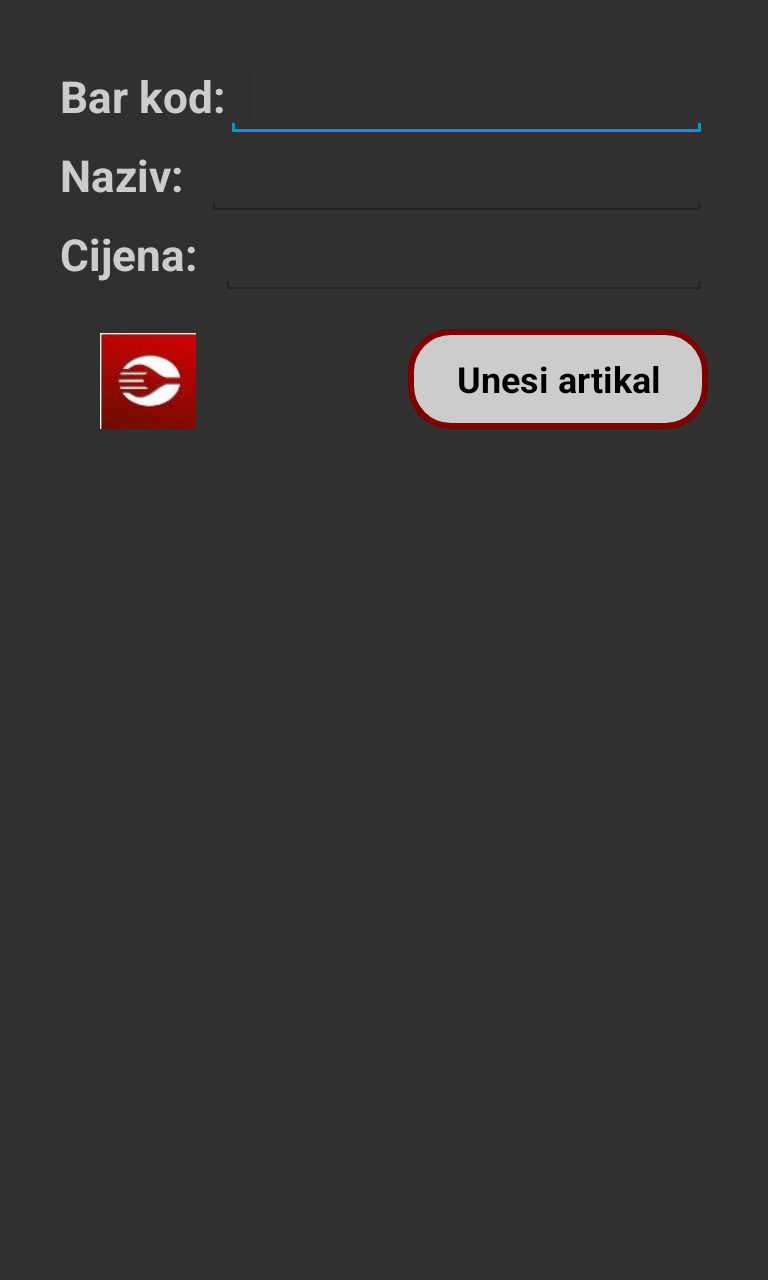
Repository: dzenisahusic/AndroidApp
Layout: Edit2014Sales/res/layout/fragment_unosartikla.xml
These files come from the project's save history. The layout is drawn as it stood at one moment and after the next save; the edit follows.
It is drawn on a 768 x 1280 px phone screen (xhdpi) without system bars, with theme AppTheme; the app's code is not run.

Above is the layout before, as saved 2014-07-15 19:51:16.

### Edit2014Sales/res/layout/fragment_unosartikla.xml
<RelativeLayout xmlns:android="http://schemas.android.com/apk/res/android"
    xmlns:tools="http://schemas.android.com/tools"
    android:layout_width="match_parent"
    android:layout_height="match_parent"
    tools:context="${relativePackage}.${activityClass}"
    android:background="#303030"

    >

    <LinearLayout
        android:id="@+id/linearLayout2"
        android:layout_width="fill_parent"
        android:layout_height="wrap_content"
        android:layout_alignParentLeft="true"
        android:layout_alignParentTop="true"
        android:orientation="horizontal"
        android:layout_marginTop="30dip"
        android:layout_marginRight="30dip"
        android:layout_marginLeft="30dip"

        >

        <TextView
            android:id="@+id/textView1"
            android:layout_width="wrap_content"
            android:layout_height="wrap_content"
            android:text="Bar kod:"
            android:textAppearance="?android:attr/textAppearanceLarge"
            android:textColor="#CCCCCC"
            android:textStyle="bold" />

        <EditText
            android:id="@+id/tBarkod"
            android:layout_width="wrap_content"
            android:layout_height="wrap_content"
            android:layout_weight="1"
            android:textColor="#CCCCCC"
            android:ems="10" >

            <requestFocus />
        </EditText>
    </LinearLayout>

    <LinearLayout
        android:id="@+id/linearLayout1"
        android:layout_width="fill_parent"
        android:layout_height="wrap_content"
        android:layout_alignParentLeft="true"
        android:layout_below="@+id/linearLayout2"
        android:layout_marginLeft="30dip"
        android:layout_marginRight="30dip"
        android:orientation="horizontal"  >

        <TextView
            android:id="@+id/textView3"
            android:layout_width="wrap_content"
            android:layout_height="wrap_content"
            android:text="Naziv:  "
            android:textAppearance="?android:attr/textAppearanceLarge"
            android:textColor="#CCCCCC"
            android:textStyle="bold" />

        <EditText
            android:id="@+id/tCijena"
            android:layout_width="wrap_content"
            android:layout_height="wrap_content"
            android:layout_weight="1"
            android:ems="10"
            android:textColor="#CCCCCC" />
    </LinearLayout>

    <LinearLayout
        android:id="@+id/linearLayout3"
        android:layout_width="fill_parent"
        android:layout_height="wrap_content"
        android:layout_alignParentLeft="true"
        android:layout_below="@+id/linearLayout1"
        android:orientation="horizontal"
        android:layout_marginRight="30dip"
        android:layout_marginLeft="30dip" >

        <TextView
            android:id="@+id/textView2"
            android:layout_width="wrap_content"
            android:layout_height="wrap_content"
            android:text="Cijena:  "
            android:textAppearance="?android:attr/textAppearanceLarge"
            android:textColor="#CCCCCC"
            android:textStyle="bold" />

        <EditText
            android:id="@+id/tNaziv"
            android:layout_width="fill_parent"
            android:layout_height="wrap_content"
            android:layout_weight="1"
            android:ems="10"
            android:textColor="#CCCCCC" />
    </LinearLayout>

    <Button
        android:id="@+id/bDodaj"
        android:layout_width="150dp"
        android:layout_height="50dp"
        android:layout_alignRight="@+id/linearLayout3"
        android:layout_below="@+id/linearLayout3"
        android:layout_marginTop="16dp"
        android:background="@drawable/rounded_corner_top"
        android:text="Unesi artikal"
        android:textStyle="bold" />

    <ImageView
        android:id="@+id/imageView1"
        android:layout_width="wrap_content"
        android:layout_height="wrap_content"
        android:layout_alignBottom="@+id/bDodaj"
        android:layout_alignLeft="@+id/linearLayout3"
        android:layout_marginLeft="20dp"
        android:src="@drawable/logo" />

</RelativeLayout>

### Edit2014Sales/res/values/styles.xml
<resources>

    <!--
        Base application theme, dependent on API level. This theme is replaced
        by AppBaseTheme from res/values-vXX/styles.xml on newer devices.
    -->
    <style name="AppBaseTheme" parent="android:Theme.Light">
        <!--
            Theme customizations available in newer API levels can go in
            res/values-vXX/styles.xml, while customizations related to
            backward-compatibility can go here.
        -->
    </style>

    <!-- Application theme. -->
    <style name="AppTheme" parent="AppBaseTheme">
        <!-- All customizations that are NOT specific to a particular API-level can go here. -->
    </style>
 <style name="Animations" />

    <style name="Animations.PopDownMenu" />

    <style name="Animations.PopDownMenu.Left">
        <item name="@android:windowEnterAnimation">@anim/grow_from_topleft_to_bottomright</item>
        <item name="@android:windowExitAnimation">@anim/shrink_from_bottomright_to_topleft</item>
    </style>


    <style name="Animations.PopUpMenu" />

    <style name="Animations.PopUpMenu.Left">
        <item name="@android:windowEnterAnimation">@anim/grow_from_bottomleft_to_topright</item>
        <item name="@android:windowExitAnimation">@anim/shrink_from_topright_to_bottomleft</item>
    </style>
</resources>

### Edit2014Sales/res/drawable-hdpi/rounded_corner_top.xml
<?xml version="1.0" encoding="UTF-8"?>

  <shape xmlns:android="http://schemas.android.com/apk/res/android" android:shape="rectangle">
  <corners android:radius="20dp"/>
  <solid android:color="#CCCCCC"/>
  <stroke
        android:width="3dp"
        android:color="#800000" >
    </stroke>
</shape>

Loaded but not shown: Edit2014Sales/res/values-v11/styles.xml (common file); Edit2014Sales/res/values-v14/styles.xml (common file)

After the next save:
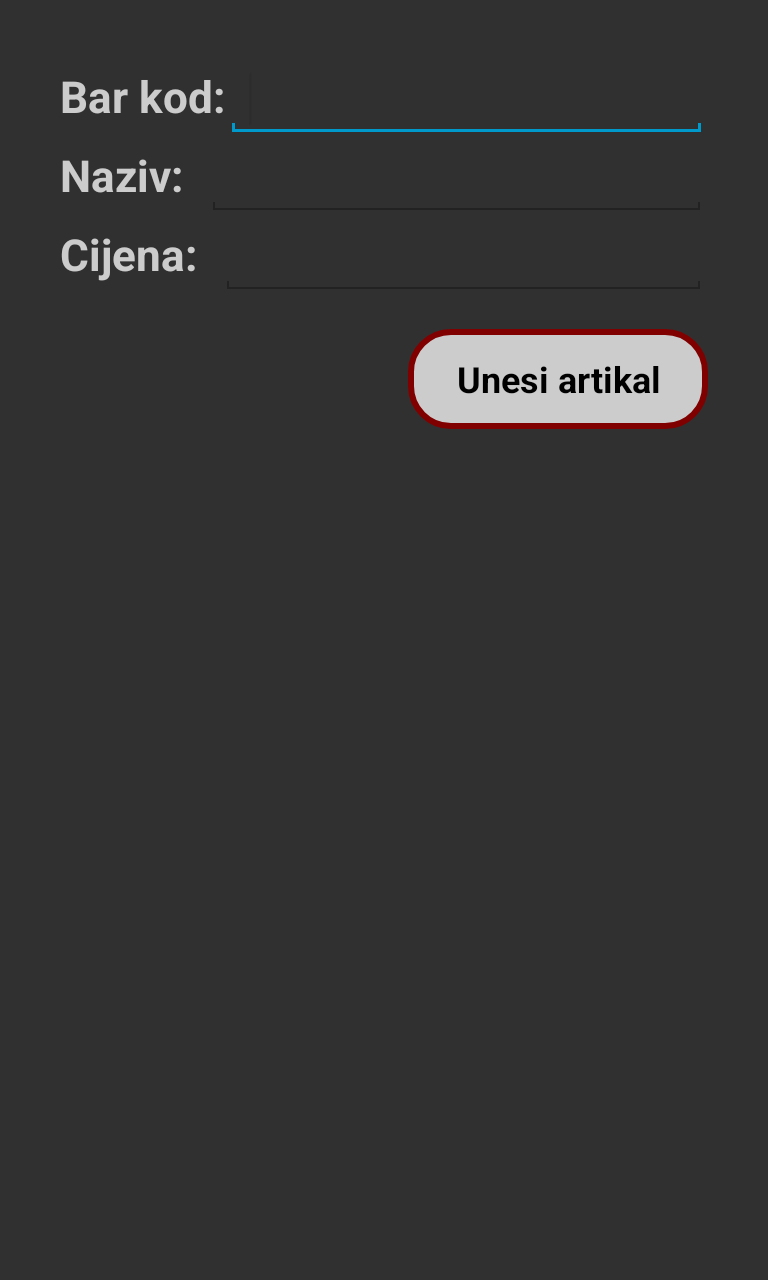
Saved 39 s later.
--- a/Edit2014Sales/res/layout/fragment_unosartikla.xml
+++ b/Edit2014Sales/res/layout/fragment_unosartikla.xml
@@ -108,13 +108,6 @@
         android:text="Unesi artikal"
         android:textStyle="bold" />
 
-    <ImageView
-        android:id="@+id/imageView1"
-        android:layout_width="wrap_content"
-        android:layout_height="wrap_content"
-        android:layout_alignBottom="@+id/bDodaj"
-        android:layout_alignLeft="@+id/linearLayout3"
-        android:layout_marginLeft="20dp"
-        android:src="@drawable/logo" />
+
 
 </RelativeLayout>
